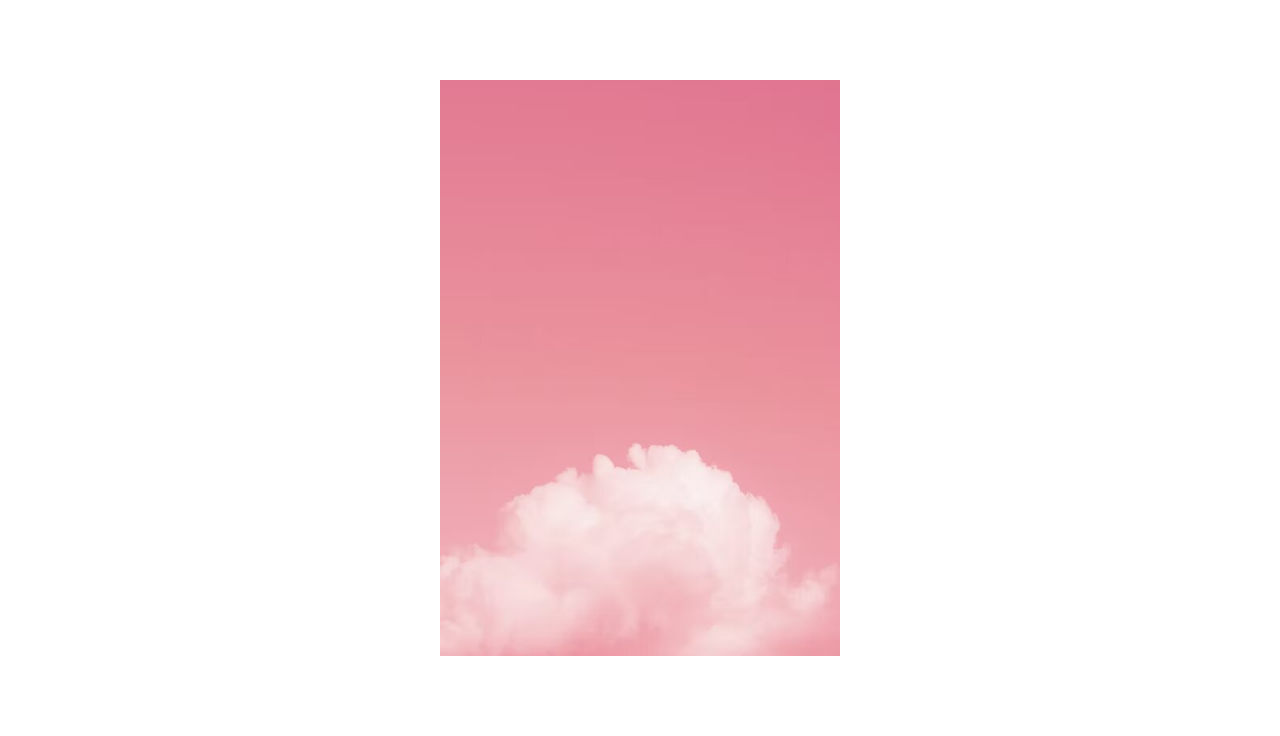
Repository: asya-aisa/grocery-list
Page: /
These files come from the project's save history. The page is drawn as it stood at one moment and after a run of saves; the edit follows.
The browser window is 1280 px wide. The pictures show the whole page.
The project was rebuilt for these pictures with package versions that can differ from the ones it lists, and the page was loaded fresh each time.

Above is the page before, as saved 2023-07-14 14:52:05.

After the next 3 saves:
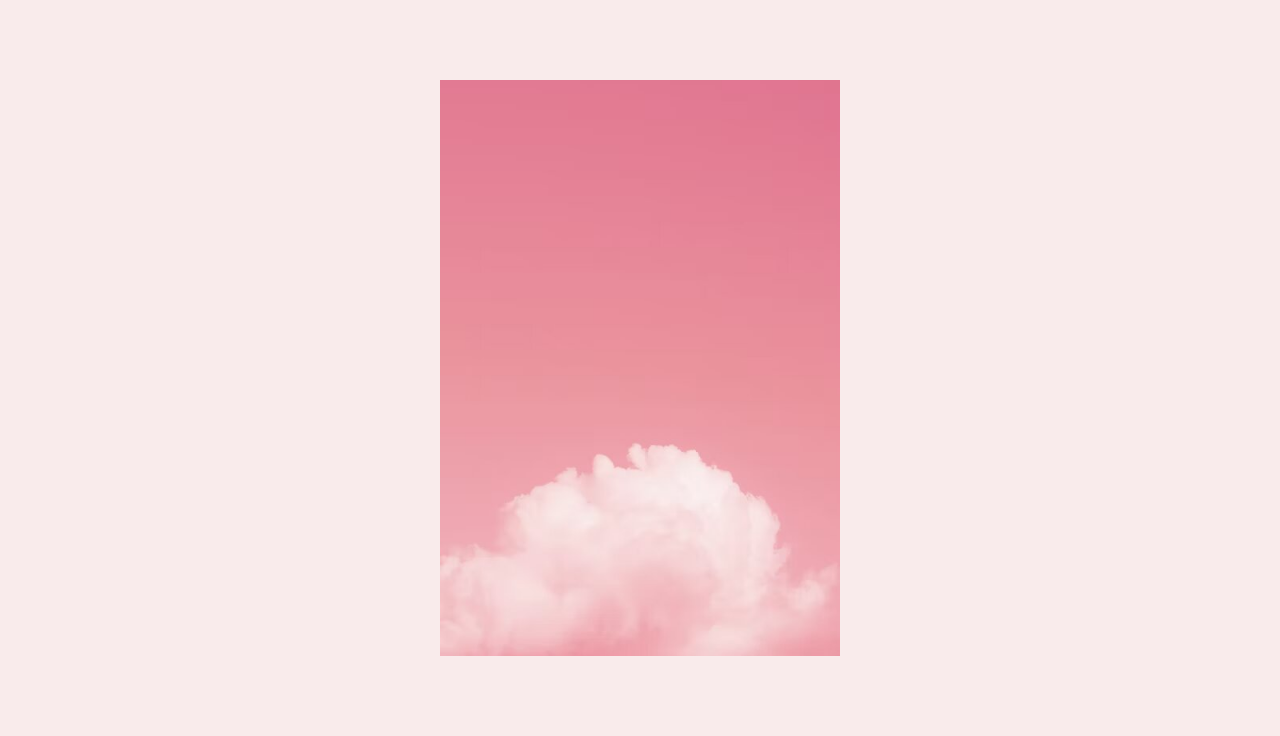
The 3 saves are shown as one change because they came seconds apart.
The last was saved 34 s later.
--- a/src/App.css
+++ b/src/App.css
@@ -8,5 +8,5 @@
   margin: 80px auto;
 }
 body {
-
+  background-color: #f9ebeb;
 }
